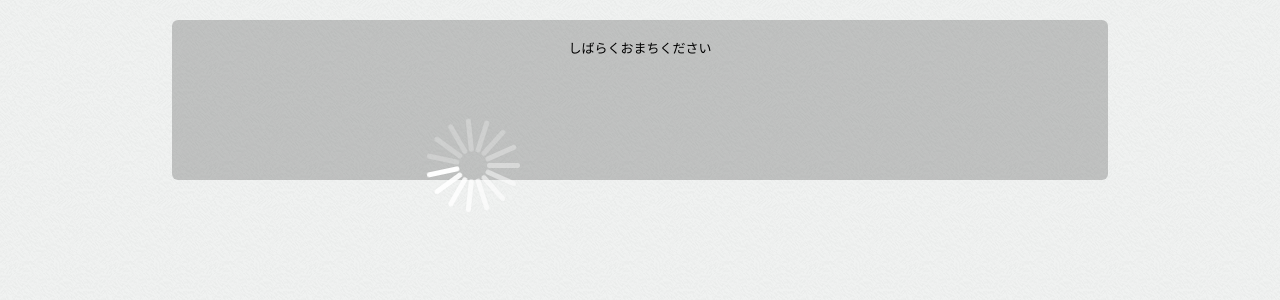
Repository: alivecast/exder_android_sales
Page: exorder.director/assets/www/loading.html
An editor plug-in stored every save of this project. The page is shown before and after the next save, followed by the edit.
The browser window is 1280 px wide. The pictures show the whole page.

Above is the page before, as saved 2012-12-14 08:34:06.

After the next save:
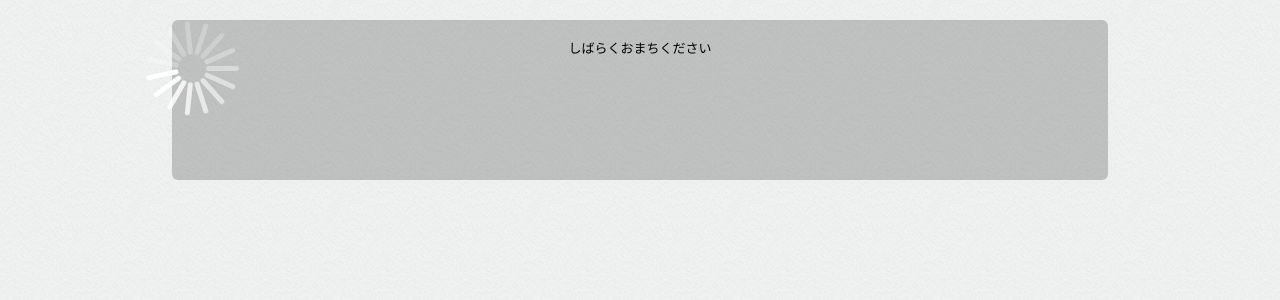
Saved 95 s later.
--- a/exorder.director/assets/www/loading.html
+++ b/exorder.director/assets/www/loading.html
@@ -39,7 +39,7 @@
 			<div class="loading" data-role="content" id="loading">
 				<div class="loading_box">
 					<p>しばらくおまちください</p>
-					<div id="loadingImg" class="square"></div>
+					<div id="loadingImg"></div>
 					<script>
 						var opts = {
 							lines : 15, // The number of lines to draw
@@ -55,8 +55,8 @@
 							hwaccel : false, // Whether to use hardware acceleration
 							className : 'spinner', // The CSS class to assign to the spinner
 							zIndex : 2e9, // The z-index (defaults to 2000000000)
-							top : 50, // Top position relative to parent in px
-							left : 100 // Left position relative to parent in px
+							top : 'auto', // Top position relative to parent in px
+							left : 'auto' // Left position relative to parent in px
 						};
 						var target = document.getElementById('loadingImg');
 						var spinner = new Spinner(opts).spin(target);
